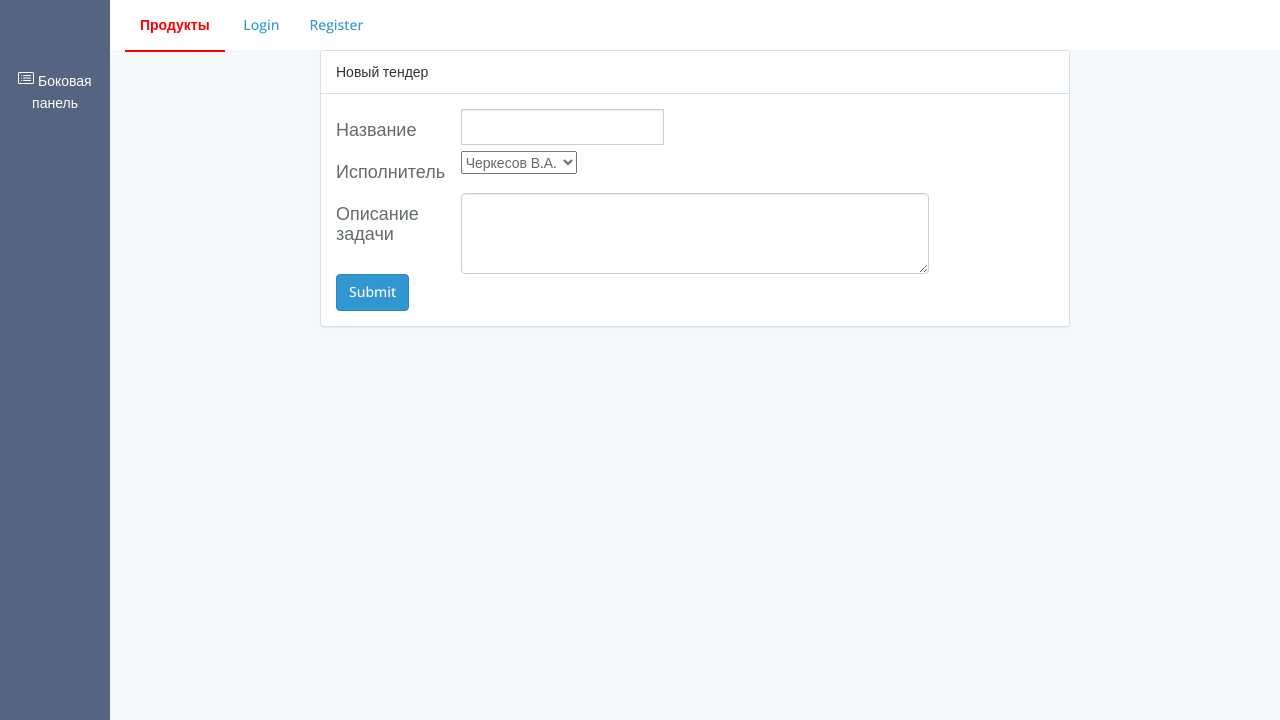
Repository: blackjack043/laravel-crud
Page: resources/views/page2.blade.php
These files come from the project's save history. The page is drawn as it stood at one moment and after the next save; the edit follows.
The browser window is 1280 px wide. The pictures show the whole page.
Some web fonts or font styles are not loaded; a fallback is used. The page is served by the project's Laravel application, run on PHP 8.4 with Laravel 8. Other server files are loaded and not shown. The template is opened directly, without the code that normally fills it, so the values that code supplies are empty.

Above is the page before, as saved 2022-03-06 21:45:23.

### routes/web.php
<?php

/*
|--------------------------------------------------------------------------
| Web Routes
|--------------------------------------------------------------------------
|
| Here is where you can register web routes for your application. These
| routes are loaded by the RouteServiceProvider within a group which
| contains the "web" middleware group. Now create something great!
|
*/
use Illuminate\Http\Request;
use App\Contact12;


Route::get('/', function () {
    return view('welcome');
});

Route::get('/page2', function () {
    return view('page2');
});



Route::post('/profile', 'ContactController@submit');

Auth::routes();

Route::get('/home', 'HomeController@index');

Auth::routes();

Route::get('/home', 'HomeController@index');

### resources/views/page2.blade.php
@extends('layouts.app2')

@section('content')
<div class="container">
    <div class="row">
        <div class="col-md-8 col-md-offset-2">
            <div class="panel panel-default">
                <div class="panel-heading">Новый тендер</div>
                <div class="panel-body">


        @if($errors->any())
            <div style=>
            @foreach ($errors->all() as $error)
            <div >
                {{$error}}
            </div>
            @endforeach
            </div>
         @endif
<form  method="POST" action="/profile">
{{ csrf_field() }}

                <div class="row" >
  <div class="col-md-2" ><h4>Название</h4></div>
  <div class="col-md-10">
<div class="input-group" >
<input type="text" name="label" class="form-control"  aria-describedby="sizing-addon2">
                </div></div>
</div>

<div class="row">
  <div class="col-md-2"><h4>Исполнитель</h4></div>
  <div class="col-md-10">
    <select name="ispolnitel">
    <option value="cherkesov">Черкесов В.А.</option>
    <option value="matancev">Матанцев Е.Р.</option>
    </select>
</div>
</div>

<div class="row">
  <div class="col-md-2"><h4>Описание задачи</h4></div>
  <div class="col-md-8">
		<textarea name="text" class="form-control" rows="3"></textarea>
</div>



</div>
<input type="submit" class="btn btn-primary">
</form>






                </div>
            </div>
        </div>
    </div>
</div>
@endsection

### resources/views/layouts/app2.blade.php
<!DOCTYPE html>
<html lang="en">
<head>
    <meta charset="utf-8">
    <meta http-equiv="X-UA-Compatible" content="IE=edge">
    <meta name="viewport" content="width=device-width, initial-scale=1">
    <link rel="preconnect" href="https://fonts.googleapis.com">
<link rel="preconnect" href="https://fonts.gstatic.com" crossorigin>
<link href="https://fonts.googleapis.com/css2?family=Open+Sans:wght@300;500;700&display=swap" rel="stylesheet">
    <!-- CSRF Token -->
    <meta name="csrf-token" content="{{ csrf_token() }}">

    <title>{{ config('app.name', 'Laravel') }}</title>

    <!-- Styles -->
    <link href="/css/app.css" rel="stylesheet">

    <!-- Scripts -->
    <script>
        window.Laravel = <?php echo json_encode([
            'csrfToken' => csrf_token(),
        ]); ?>
    </script>
</head>
<body style="font-family: 'Open Sans', sans-serif;">
    <div id="app" style="display: flex;">
        <div style="width:200px; height:100vh;background: #556480;color: white; font-size: 14px;text-align: center; padding-top:70px" >

        <svg xmlns="http://www.w3.org/2000/svg" width="16" height="16" fill="currentColor" class="bi bi-card-list" viewBox="0 0 16 16">
  <path d="M14.5 3a.5.5 0 0 1 .5.5v9a.5.5 0 0 1-.5.5h-13a.5.5 0 0 1-.5-.5v-9a.5.5 0 0 1 .5-.5h13zm-13-1A1.5 1.5 0 0 0 0 3.5v9A1.5 1.5 0 0 0 1.5 14h13a1.5 1.5 0 0 0 1.5-1.5v-9A1.5 1.5 0 0 0 14.5 2h-13z"/>
  <path d="M5 8a.5.5 0 0 1 .5-.5h7a.5.5 0 0 1 0 1h-7A.5.5 0 0 1 5 8zm0-2.5a.5.5 0 0 1 .5-.5h7a.5.5 0 0 1 0 1h-7a.5.5 0 0 1-.5-.5zm0 5a.5.5 0 0 1 .5-.5h7a.5.5 0 0 1 0 1h-7a.5.5 0 0 1-.5-.5zm-1-5a.5.5 0 1 1-1 0 .5.5 0 0 1 1 0zM4 8a.5.5 0 1 1-1 0 .5.5 0 0 1 1 0zm0 2.5a.5.5 0 1 1-1 0 .5.5 0 0 1 1 0z"/>
</svg>
<span style="padding-top: 0px"> Боковая панель</span>
       </div>
        <div style="display:inline; ">
        <nav class="" style="height: 50px; background: white; color:#f5f5f5">
            <div class="container">
                <div class="navbar-header">

                </div>

                <div style="display: flex;">
                    <!-- Left Side Of Navbar -->
                    <ul class="nav navbar-nav navbar-left">
                        &nbsp;
                        <li style="border-bottom: 2px solid red; color: red"><a href="#" style="color: red; font-weight: bold">Продукты</a></li>
                    </ul>

                    <!-- Right Side Of Navbar -->
                    <ul class="nav navbar-nav navbar-right" style="float:right">
                        <!-- Authentication Links -->
                        @if (Auth::guest())
                            <li><a href="{{ url('/login') }}">Login</a></li>
                            <li><a href="{{ url('/register') }}">Register</a></li>
                        @else
                            <li class="dropdown">
                                <a href="#" class="dropdown-toggle" data-toggle="dropdown" role="button" aria-expanded="false">
                                    {{ Auth::user()->name }} <span class="caret"></span>
                                </a>

                                <ul class="dropdown-menu" role="menu">
                                    <li>
                                        <a href="{{ url('/logout') }}"
                                            onclick="event.preventDefault();
                                                     document.getElementById('logout-form').submit();">
                                            Logout
                                        </a>

                                        <form id="logout-form" action="{{ url('/logout') }}" method="POST" style="display: none;">
                                            {{ csrf_field() }}
                                        </form>
                                    </li>
                                </ul>
                            </li>
                        @endif
                    </ul>
                </div>
            </div>
        </nav>

        @yield('content')
    </div>
    </div>
    <!-- Scripts -->
    <script src="/js/app.js"></script>
</body>
</html>

Loaded but not shown: app/Http/Controllers/Auth/LoginController.php (common file); app/Http/Controllers/Controller.php (common file); public/css/app.css (library); public/js/app.js (library)

After the next save:
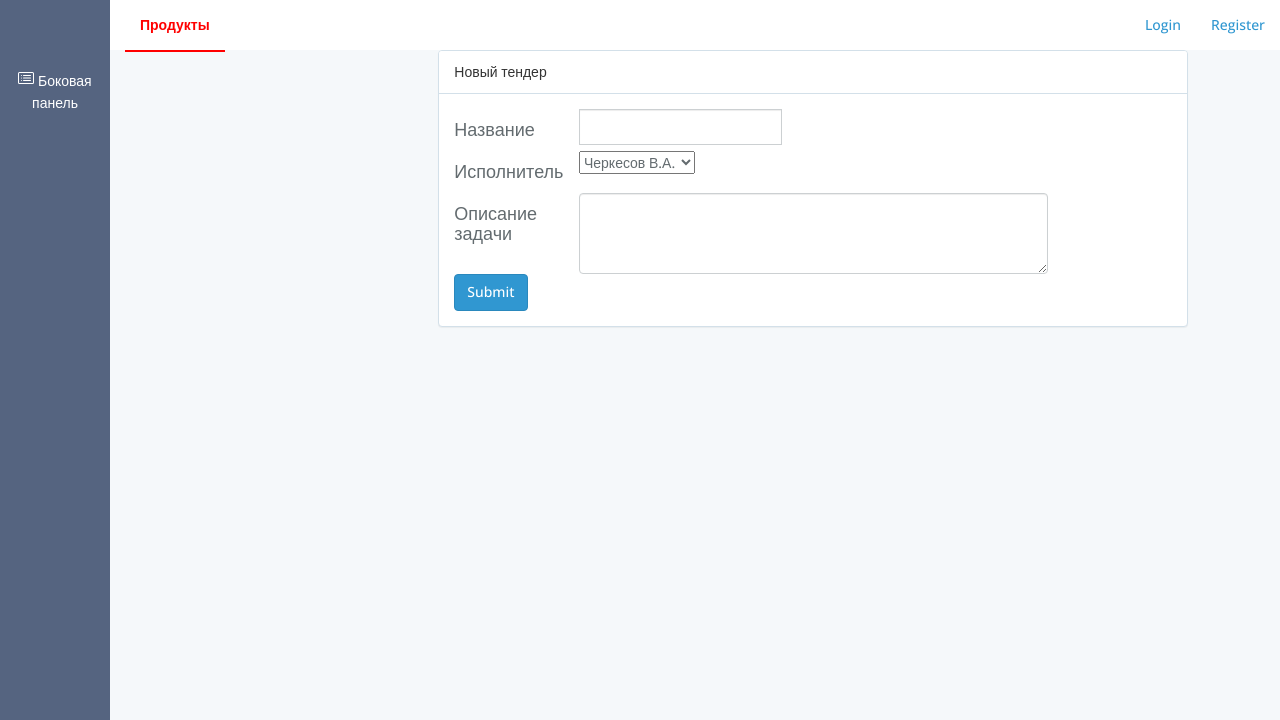
Saved 66 s later.
--- a/resources/views/layouts/app2.blade.php
+++ b/resources/views/layouts/app2.blade.php
@@ -39,7 +39,7 @@
 
                 </div>
 
-                <div style="display: flex;">
+                <div >
                     <!-- Left Side Of Navbar -->
                     <ul class="nav navbar-nav navbar-left">
                         &nbsp;
